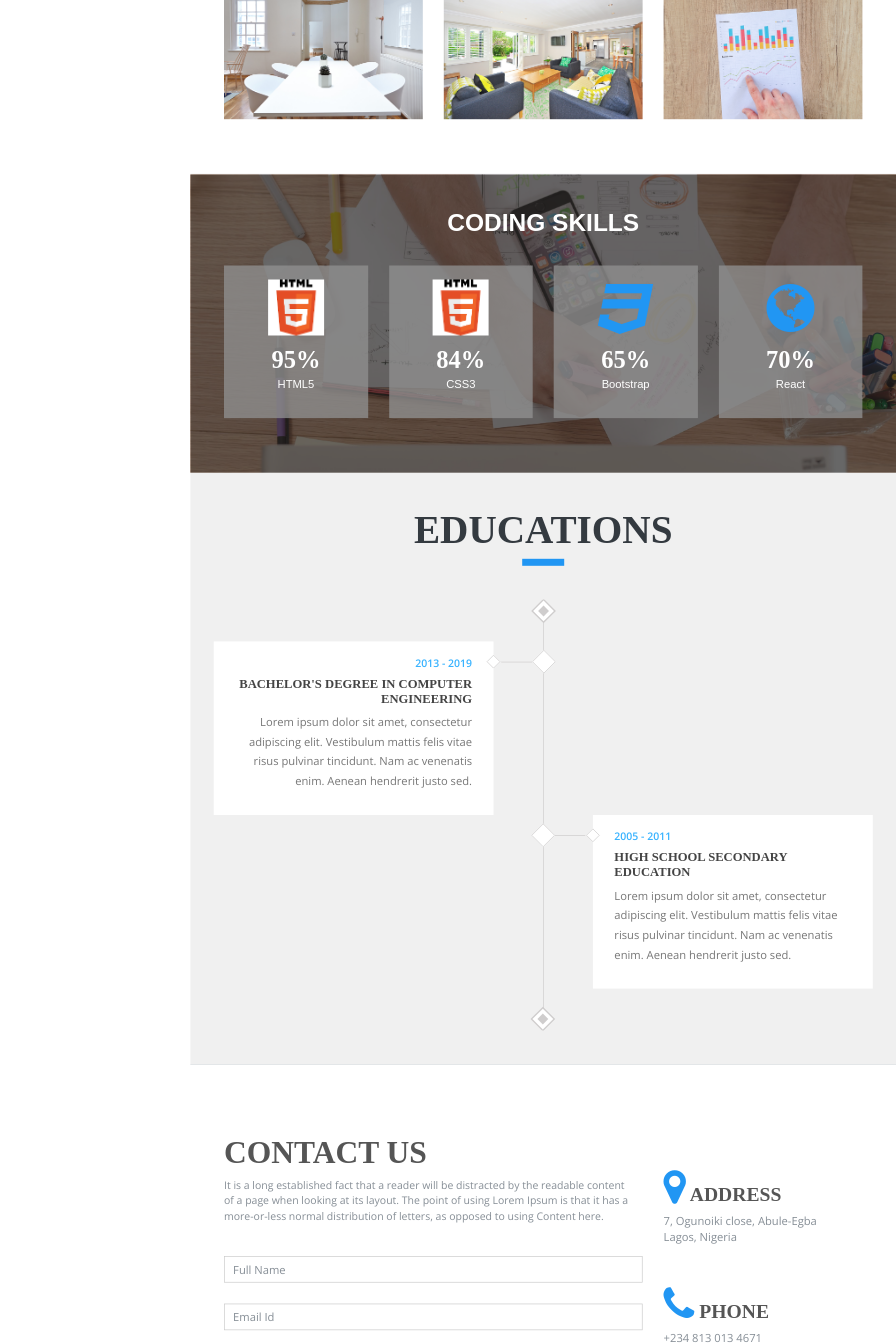
Repository: smit1298/portfolio
Page: index.html
An editor plug-in stored every save of this project. The page is shown before and after the next save, followed by the edit.
The browser window is 1280 px wide. The pictures show the part of the page from y = 1935 to 3855 px (the page is 4819 px tall before and 4852 px after), at 70% of full size.
Some web fonts or font styles are not loaded; a fallback is used.

Above is the page before, as saved 2021-06-28 18:22:42.

After the next save:
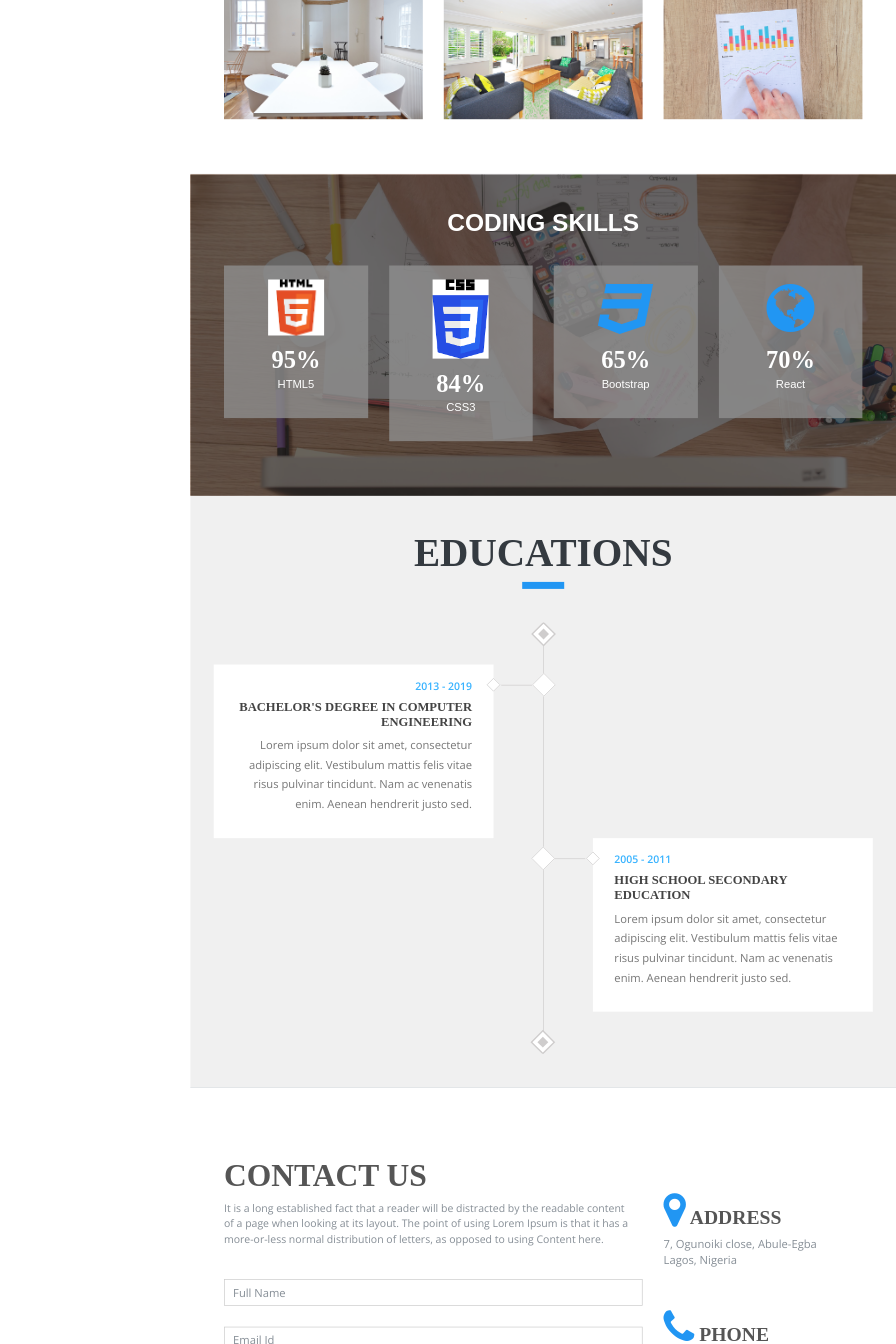
Saved 6 s later.
--- a/index.html
+++ b/index.html
@@ -353,7 +353,7 @@
             </div>
             <div class="col-md-3 col-sm-6">
               <div class="skill-item">
-                <img src="./img/skills/html.png" style="width: 80px; height: auto;" alt="css3" />
+                <img src="./img/skills/css.png" style="width: 80px; height: auto;" alt="css3" />
                 <h2><span class="counter"> 84 </span><span>%</span></h2>
                 <p>CSS3</p>
               </div>
